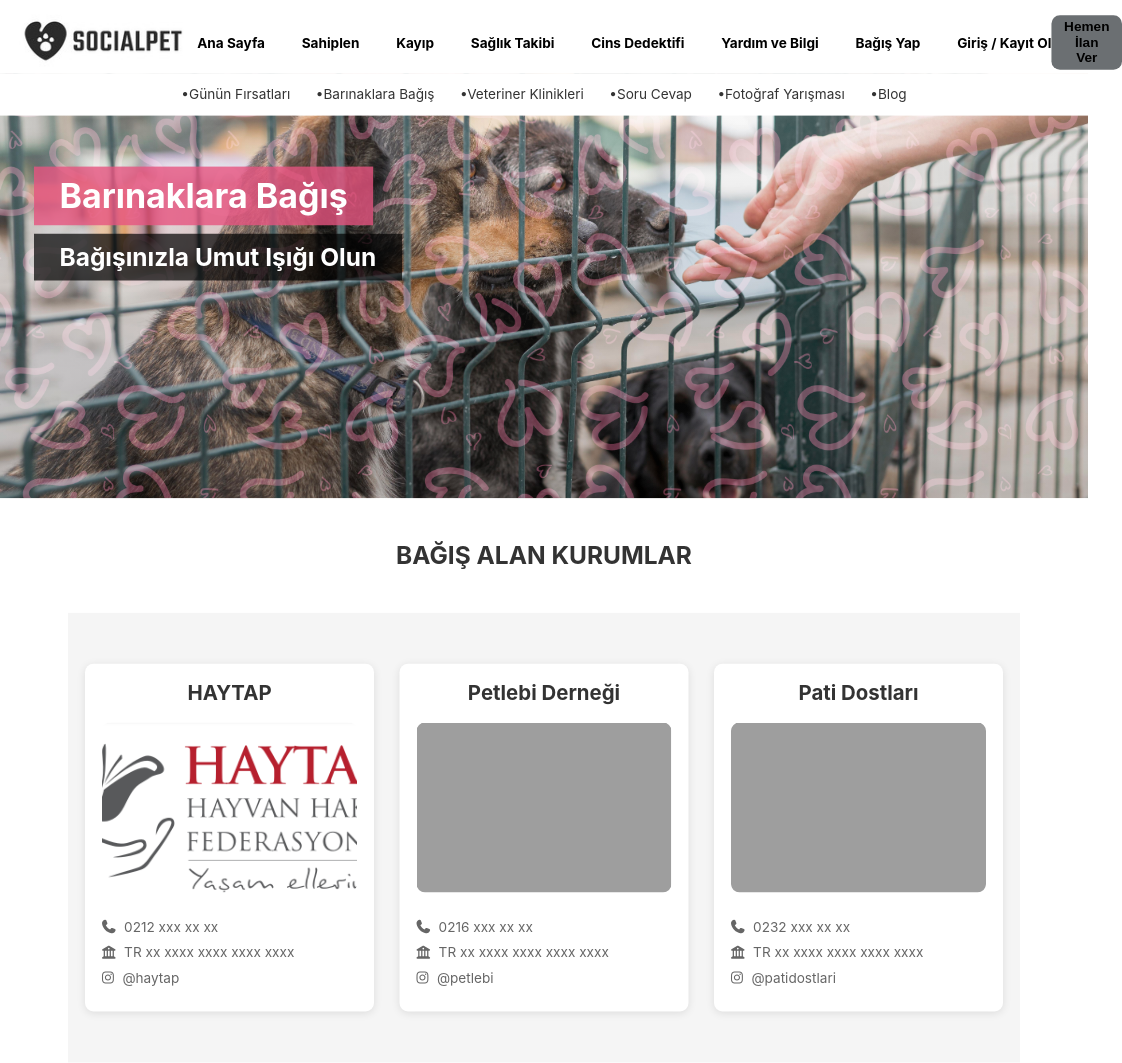
Repository: utkucaa/socialpet-frontend
Page: /donate (app in petweb/petweb/)
These files come from the project's save history. The page is drawn as it stood at one moment and after the next save; the edit follows.
The browser window is 1280 px wide. The page is 1320 px wide, so the pictures cover 1320 px, including what lies to the right of the window. The pictures show the whole page, at 85% of full size.
Pictures or frames that could not be fetched are drawn as grey boxes. The project was rebuilt for these pictures with package versions that can differ from the ones it lists, and the page was loaded fresh each time. Also part of the build but not shown: petweb/petweb/src/Components/Login/Login.jsx, petweb/petweb/src/Components/Intro/Intro.css, petweb/petweb/src/Components/Intro/Intro.jsx, petweb/petweb/src/Components/Register/Register.jsx, petweb/petweb/src/Components/Profile/ProfilePage.jsx, petweb/petweb/src/Components/Adoption/Header.css, petweb/petweb/src/Components/Adoption/Header.jsx, petweb/petweb/src/Components/Adoption/Stats.css and 31 more. Imported but missing from the stored project, and not drawn on this page: petweb/petweb/src/Components/AdoptionSteps.

Above is the page before, as saved 2025-01-09 22:16:14.

### petweb/petweb/src/App.js
import React, { useState, useEffect } from 'react';
import { BrowserRouter as Router, Routes, Route } from 'react-router-dom';
import Navbar from './Components/Navbar/Navbar';
import Login from './Components/Login/Login';
import Intro from './Components/Intro/Intro';
import Register from './Components/Register/Register';
import ProfilePage from './Components/Profile/ProfilePage';
import AdoptionPage from './Components/Adoption/AdoptionPage';
import CreatedPage from './Components/Adoption/CreatedPage';
import LostPage from './Components/Lost/LostPage';
import CreateListingPage from './Components/Lost/CreateListingPage'; // Bu satırı ekleyin
import CategoryBar from './Components/Lost/CategoryBar';
import QuestionDetail from './Components/HelpAndInfo/QuestionDetail';
import AdDetail from './Components/Adoption/AdDetail';
import Donate from './Components/Donate/Donate';

import './App.css';
import HelpAndInfo from './Components/HelpAndInfo/HelpAndInfo';

function App() {
  const [user, setUser] = useState(null);  // Kullanıcı bilgisini tutacak state

  useEffect(() => {
    // Sayfa yüklendiğinde localStorage'dan kullanıcı bilgisini al
    const storedUser = localStorage.getItem('user');
    if (storedUser) {
      setUser(JSON.parse(storedUser));
    }
  }, []);

  return (
    <Router>
      <Navbar user={user} setUser={setUser} />
      <Routes>
        <Route path="/" element={<Intro />} />
        <Route path="/login" element={<Login setUser={setUser} />} />
        <Route path="/register" element={<Register />} />
        <Route path="/adopt" element={<AdoptionPage />} />
        <Route path="/lost" element={<LostPage/>} />
        <Route path="/create-listing" element={<CreateListingPage />} />
        <Route path="/health-tracking" element={<div>Sağlık Takibi</div>} />
        <Route path="/breed-detector" element={<div>Cins Dedektifi</div>} />
        <Route path="/help-info" element={<HelpAndInfo/>} />
        <Route path="/question/:id" element={<QuestionDetail />} />
        <Route path="/donate" element={<Donate/>} />
        <Route path="/create-ad" element={<CreatedPage />} />
        <Route path="/profile" element={<ProfilePage user={user} setUser={setUser} />} />
        <Route path="/ad/:id" element={<AdDetail />} />

      </Routes>
    </Router>
  );
}

export default App;

### petweb/petweb/src/Components/Navbar/Navbar.jsx
import React from 'react';
import { Link } from 'react-router-dom';
import './Navbar.css';

const Navbar = ({ user, setUser }) => {
  const handleLogout = () => {
    setUser(null);
  };

  return (
    <div className='n-container'>
      <div className="n-left">
        <Link to="/">
          <img src="/logo.png" alt="Social Pet Logo" className="n-logo" />
        </Link>
      </div>
      <div className="n-right">
        <div className="n-list">
          <ul>
            <li><Link to="/">Ana Sayfa</Link></li>
            <li><Link to="/adopt">Sahiplen</Link></li>
            <li><Link to="/lost">Kayıp</Link></li>
            <li><Link to="/health-tracking">Sağlık Takibi</Link></li>
            <li><Link to="/breed-detector">Cins Dedektifi</Link></li>
            <li><Link to="/help-info">Yardım ve Bilgi</Link></li>
            <li><Link to="/donate">Bağış Yap</Link></li>

            {!user ? (
              <li><Link to="/login">Giriş / Kayıt Ol</Link></li>
            ) : (
              <li><Link to="/profile">Profil</Link></li>
            )}
          </ul>
        </div>
        {!user ? (
          <button className='giris-cıkıs'>
            <Link to="/create-ad">Hemen İlan Ver</Link>
          </button>
        ) : (
          <button className='giris-cıkıs cıkıs' onClick={handleLogout}>
            <Link to="/">Çıkış Yap</Link>
          </button>
        )}
      </div>
    </div>
  );
};

export default Navbar;

### petweb/petweb/src/Components/Donate/Donate.jsx
import React from 'react';
import './Donate.css';
import { FontAwesomeIcon } from '@fortawesome/react-fontawesome';
import { faPhone, faUniversity } from '@fortawesome/free-solid-svg-icons';
import { faInstagram } from '@fortawesome/free-brands-svg-icons';

const Donate = () => {
  const donationCards = [
    {
      name: "HAYTAP",
      image: "/haytap.png",
      phone: "0212 xxx xx xx",
      iban: "TR xx xxxx xxxx xxxx xxxx",
      instagram: "@haytap"
    },
    {
      name: "Petlebi Derneği",
      image: "/hayvan2.jpg",
      phone: "0216 xxx xx xx",
      iban: "TR xx xxxx xxxx xxxx xxxx",
      instagram: "@petlebi"
    },
    {
      name: "Pati Dostları",
      image: "/hayvan3.jpg",
      phone: "0232 xxx xx xx",
      iban: "TR xx xxxx xxxx xxxx xxxx",
      instagram: "@patidostlari"
    }
  ];

  return (
    <div className="main-container">
      {/* Üst Kısım - Resimli Alan */}
      <div className="hero-section">
        <nav className="nav-menu">
          <ul>
            <li>•Günün Fırsatları</li>
            <li>•Barınaklara Bağış</li>
            <li>•Veteriner Klinikleri</li>
            <li>•Soru Cevap</li>
            <li>•Fotoğraf Yarışması</li>
            <li>•Blog</li>
          </ul>
        </nav>
        <div className="hero-content">
          <div className="title-box">
            <h1>Barınaklara Bağış</h1>
          </div>
          <div className="subtitle-box">
            <h2>Bağışınızla Umut Işığı Olun</h2>
          </div>
          <div className="select-container">

          </div>
        </div>
      </div>

      {/* Alt Kısım - Bilgilendirme ve Kartlar */}
      <div className="content-section">
        <div className="info-section">
          <h2>BAĞIŞ ALAN KURUMLAR</h2>
        </div>

        <div className="donation-cards-container">
          {donationCards.map((card, index) => (
            <div key={index} className="donation-card">
              <h3 className="card-title">{card.name}</h3>
              <div className="card-image">
                <img src={card.image} alt={card.name} />
              </div>
              <div className="card-info">
                <p> <FontAwesomeIcon icon={faPhone} /> {card.phone}</p>
                <p><FontAwesomeIcon icon={faUniversity} /> {card.iban}</p>
                <p><FontAwesomeIcon icon={faInstagram} /> {card.instagram}</p>
              </div>
            </div>
          ))}
        </div>
      </div>
    </div>
  );
};

export default Donate;

### petweb/petweb/src/Components/Navbar/Navbar.css
.spline-sans-mono {
    font-family: "Spline Sans Mono", monospace;
  }

.n-container{
    height: 10vh;
    margin-top: 14px;
    display: flex;
    justify-content: space-between;
    align-items: center;
    padding: 0 2rem;
}

.n-logo {
    width: 200px;
    height: auto;
    margin-right: 10px;
    margin-left: -10px;
  }


.n-left{
    flex:1;
    align-items: center;
    display: flex;
    gap:1 rem;
}


.n-right{
    display: flex;
    flex: 5;
    align-items: center;
    justify-content: center;
    font-weight: 400;
}

.n-list{
    flex: 10;
}

.n-list a {
    text-decoration: none;
    color: black;
    font-weight: bold;
    font-size: 16px;
    transition: color 0.3s ease;
}

.n-list a:hover {
    color:  #1a237e;
}

.n-list>ul{
    display: flex;
    gap: 2.7rem;
    margin-right: 2rem;
    margin-left: -10px;
    align-items: center;
    list-style: none;
    padding: 0;
    margin: 0;
}

.n-list>ul>li {
    white-space: nowrap;
}

.giris-cıkıs {
    background-color: #6b6f72;
    color: white;
    padding: 5px 15px;
    border: none;
    border-radius: 10px;
    cursor: pointer;
    font-size: 16px;
    font-weight: bold;
    transition: background-color 0.3s ease, transform 0.2s ease;
    margin-right: -14px;
    width: auto;
}
.giris-cıkıs:hover {
    background-color: #4b5b63;
    transform: scale(1.05);
}

.giris-cıkıs a {
    text-decoration: none;
    color: black;
    font-weight: bold;
    font-size: 16px;
}

.giris-cıkıs a:hover {
    color: white;
}

### petweb/petweb/src/Components/Login/Login.css

.login-page {
    display: flex;
    height: 100vh;
  }

  .login-left {
    flex: 1;
  display: flex;
  flex-direction: column;
  justify-content: center;
  align-items: center;
  background: linear-gradient(135deg, #f0f0f0, #d9e4f5);
  padding: 20px;
  text-align: center;
  border-top-right-radius: 20px;
  border-radius: 20px;
  margin-left: 30px;
  }
  .login-logo {
    width: 400px;
    height: auto;
    border-radius: 10px;
    margin-top: 20px;
  }
  .login-left h1 {
    font-size: 36px;
    color: #333;
    margin-bottom: 5px;
    margin-top: 10px;
  }

  .login-left p {
    font-size: 18px;
    margin-top: 5px;
    color: #555;
  }

  .login-image {
    width: 70%;
    margin-top: 20px;
    border-radius: 10px;
  }

  .login-right {
    flex: 1;
    display: flex;
    justify-content: center;
    align-items: center;
    background: #fff;
  }

  .login-box {
    background: white;
    padding: 30px;
    border-radius: 8px;
    box-shadow: 0 4px 15px rgba(0, 0, 0, 0.2);
    text-align: center;
    width: 90%;
    max-width: 400px;
  }

  h2 {
    font-size: 24px;
    margin-bottom: 20px;
    color: #333;
  }

  .form-group {
    margin-bottom: 15px;
    text-align: left;
  }

  label {
    display: block;
    font-size: 14px;
    margin-bottom: 5px;
    color: #555;
  }

  input {
    width: 100%;
    padding: 10px;
    font-size: 14px;
    border-radius: 5px;
    border: 1px solid #ccc;
    outline: none;
    transition: border-color 0.3s;
  }

  input:focus {
    border-color: #5d6d7e;
  }

  .login-button {
    background-color: #5d6d7e;
    color: white;
    padding: 10px;
    width: 100%;
    border: none;
    border-radius: 5px;
    font-size: 16px;
    cursor: pointer;
    transition: background-color 0.3s;
  }

  .login-button:hover {
    background-color: #4b5b63;
  }

  .error-message {
    color: red;
    font-size: 14px;
    margin-bottom: 15px;
  }

  .redirect-message {
    margin-top: 15px;
    font-size: 14px;
  }

  .redirect-message a {
    color: #4a90e2;
    text-decoration: none;
  }

  .redirect-message a:hover {
    text-decoration: underline;
  }

### petweb/petweb/src/Components/Register/Register.css
.register-page {
    display: flex;
    height: 100vh;
  }

  .register-left {
    flex: 1;
  display: flex;
  flex-direction: column;
  justify-content: center;
  align-items: center;
  background: linear-gradient(135deg, #f0f0f0, #d9e4f5);
  padding: 20px;
  text-align: center;
  border-top-right-radius: 20px;
  border-radius: 20px;
  margin-left: 30px;
  }

  .register-logo {
    width: 400px;
    height: auto;
    border-radius: 10px;
    margin-top: 20px;
  }

  .register-left h1 {
    font-size: 36px;
    color: #333;
    margin-bottom: 5px;
    margin-top: 10px;
  }

  .register-left p {
    font-size: 18px;
    margin-top: 5px;
    color: #555;
  }

  .register-right {
    flex: 1;
    display: flex;
    justify-content: center;
    align-items: center;
    background: #fff;
  }

  .register-box {
    background: white;
  padding: 20px;
  border-radius: 20px;
  box-shadow: 0 4px 15px rgba(0, 0, 0, 0.2);
  text-align: center;
  width: 100%;
  max-width: 600px;
  }

  h2 {
    font-size: 24px;
    margin-bottom: 20px;
    color: #333;
  }

  .form-group {
    margin-bottom: 15px;
    text-align: left;
  }

  label {
    font-size: 14px;
  margin-bottom: 5px;
  color: #555;
  align-self: flex-start;
  padding-left: 112px;
  }

  input {
    width: 100%;
    max-width: 350px;
    padding: 12px;
    font-size: 14px;
    border-radius: 5px;
    border: 1px solid #ccc;
    outline: none;
    transition: border-color 0.3s;
    margin: 0 auto;
    display: block;
  }

  input:focus {
    border-color: #5d6d7e;
  }

  .register-button {
    background-color: #5d6d7e;
  color: white;
  padding: 12px;
  width: 100%;
  max-width: 350px;
  border: none;
  border-radius: 5px;
  font-size: 16px;
  cursor: pointer;
  transition: background-color 0.3s;
  margin: 20px auto;
  display: block;
  }

  .register-button:hover {
    background-color: #4b5b63;
  }

  .error-message {
    color: red;
    font-size: 14px;
    margin-bottom: 15px;
  }

  .redirect-message {
    margin-top: 15px;
    font-size: 14px;
  }

  .redirect-message a {
    color: #4a90e2;
    text-decoration: none;
  }

  .redirect-message a:hover {
    text-decoration: underline;
  }

### petweb/petweb/src/Components/Profile/ProfilePage.css
.profile-container {
  padding: 20px;
  max-width: 1200px;
  margin: 0 auto;
}

.profile-header-section {
  background: #696769;
  border-radius: 8px;
  padding: 20px;
  display: flex;
  justify-content: space-between;
  align-items: center;
  color: white;
}

.profile-avatar {
  display: flex;
  justify-content: center;
  align-items: center;
  position: relative;
  width: 120px;
  height: 120px;
}

.avatar-box {
  width: 100px;
  height: 100px;
  border-radius: 8px;
  background-color: #d9d9d9;
  overflow: hidden;
  display: flex;
  justify-content: center;
  align-items: center;
  position: relative;
  cursor: pointer;
}

.avatar-box img {
  width: 100%;
  height: 100%;
  object-fit: cover;
}

.avatar-input {
  position: absolute;
  top: 0;
  left: 0;
  width: 100%;
  height: 100%;
  opacity: 0;
  cursor: pointer;
  z-index: 2;
}

.profile-left {
  display: flex;
  align-items: center;
  gap: 20px;
}

.profile-avatar img {
  width: 120px;
  height: 120px;
  border-radius: 8px;
  background: #fff;
}

.member-tags {
  display: flex;
  gap: 10px;
  margin: 10px 0;
}

.tag {
  padding: 4px 8px;
  border-radius: 4px;
  font-size: 12px;
}

.tag.blue {
  background: #2196f3;
}

.tag.cyan {
  background: #00bcd4;
}

.stats-section {
  display: grid;
  grid-template-columns: repeat(4, 1fr);
  gap: 20px;
  margin: 20px 0;
}

.stat-card {
  padding: 15px;
  border-radius: 8px;
  color: white;
  text-align: center;
}

.stat-card.blue { background: #82bae8; }
.stat-card.green { background: #86c388; }
.stat-card.orange { background: #e7c086; }
.stat-card.cyan { background: #7bcad4; }


.content-section {
  display: flex;
  gap: 20px;
  margin-top: 20px;
}

.side-menu {
  width: 250px;
  background: #f5f5f5;
  padding: 15px;
  border-radius: 8px;
}

.side-menu ul {
  list-style: none;
  padding: 0;
}

.side-menu li {
  padding: 10px;
  margin: 5px 0;
  cursor: pointer;
  border-radius: 4px;
  transition: background-color 0.3s;
}

.side-menu li:hover {
  background: #e0e0e0;
}

.main-content {
  flex: 1;
}

.no-ads {
  background: #696767;
  color: white;
  padding: 15px;
  border-radius: 8px;
  text-align: center;
}

.profile-actions {
  display: flex;
  gap: 15px;
}

.btn-update, .btn-add {
  padding: 8px 16px;
  border: none;
  border-radius: 4px;
  cursor: pointer;
}

.btn-update {
  background: #f5f5f5;
  color: #333;

}

.btn-add {
  background: #eda03c;
  color: white;

}

.btn-logout {
  background-color: rgb(201, 197, 197);
  color: white;
  border: none;
  padding: 10px 20px;
  cursor: pointer;
  margin-top: 10px; /* İlan Ekle butonundan sonra biraz boşluk bırakır */
}

.btn-logout:hover {
  background-color: rgb(55, 54, 54);
}

### petweb/petweb/src/Components/Lost/CreateListingPage.css
.page-container {
  width: 100%;
  max-width: 1200px;
  margin: 0 auto;
  padding: 20px;
}

.baslık{
  font-size: 28px;
  margin-bottom: 29px;
}

.create-listing-container {
  display: flex;
  gap: 30px;
}

.left-section {
  flex: 7;
}

.right-section {
  flex: 3;
}

.form-group {
  margin-bottom: 20px;
}

h2, h3 {
  margin-bottom: 9px;
  color: #333;
  font-size: 18px;
}

.form-input,
.form-select,
.form-textarea {
  width: 100%;
  padding: 12px;
  border: 1px solid #ddd;
  border-radius: 4px;
  font-size: 16px;
  margin-bottom: 10px;
}

.form-textarea {
  min-height: 150px;
  resize: vertical;
}



.warning-text {
  color: #d32f2f;
  font-weight: bold;
  margin: 10px 0;
}

.note-text {
  color: #666;
  font-size: 14px;
  margin-top: 8px;
}

.map-container {
  width: 100%;
  height: 400px;
  background-color: #f5f5f5;
  border-radius: 4px;
  margin-bottom: 20px;
  display: flex;
  align-items: center;
  justify-content: center;
}

/* Sağ bölüm stilleri */
.image-upload-container {
  border: 2px dashed #ddd;
  border-radius: 4px;
  padding: 20px;
  text-align: center;
  background-color: #f9f9f9;
}

.file-input {
  display: none;
}

.file-label {
  cursor: pointer;
  display: block;
}

.upload-placeholder {
  color: #1976d2;
  font-size: 18px;
  padding: 60px 0;
}

.preview-image {
  max-width: 100%;
  max-height: 300px;
  object-fit: contain;
}

.upload-note {
  color: #666;
  font-size: 14px;
  margin-top: 10px;
}

.button-container {
  margin-top: 20px;
}

.publish-button,
.delete-button {
  width: 100%;
  padding: 12px;
  border: none;
  border-radius: 4px;
  font-size: 16px;
  cursor: pointer;
  margin-bottom: 10px;
}

.publish-button {
  background-color: #5d9d5f;
  color: white;
}

.delete-button {
  background-color: #d9473d;
  color: white;
}

.publish-button:hover,
.delete-button:hover {
  opacity: 0.9;
}

.terms-text {
  text-align: center;
  font-size: 14px;
  color: #666;
  margin-top: 15px;
}

.terms-text a {
  color: #1976d2;
  text-decoration: none;
}

### petweb/petweb/src/Components/Donate/Donate.css
.main-container {
    width: 100%;
    min-height: 100vh;
  }

  /* Üst Kısım - Hero Section */
  .hero-section {
    width: 100%;
    height: 500px;
    position: relative;
    background-image: url('/public/bagıs.jpg');
    background-size: cover;
    background-position: center;
    overflow: hidden;
  }

  /* Kalp Efekti */
  .hero-section::after {
    content: '';
    position: absolute;
    top: 0;
    left: 0;
    right: 0;
    bottom: 0;
    background-image: url('/public/heart-pattern.png');
    background-size: 800px auto;
    opacity: 0.4;
    pointer-events: none;
    animation: floatingHearts 20s linear infinite;
    mix-blend-mode: screen;
  }

  /* Gradient Overlay */
  .hero-section::before {
    content: '';
    position: absolute;
    top: 0;
    left: 0;
    right: 0;
    bottom: 0;
    background: linear-gradient(
      rgba(255, 255, 255, 0.1),
      rgba(0, 0, 0, 0.2)
    );
  }

  /* Navigasyon Menüsü */
  .nav-menu {
    background-color: white;
    padding: 15px 0;
    position: relative;
    z-index: 10;
  }

  .nav-menu ul {
    display: flex;
    justify-content: center;
    list-style: none;
    gap: 30px;
    margin: 0;
    padding: 0;
  }

  .nav-menu li {
    color: #333;
    cursor: pointer;
  }

  /* Hero İçerik */
  .hero-content {
    position: relative;
    z-index: 2;
    padding: 60px 40px;
    max-width: 1200px;
    margin: 0 auto;
  }

  .title-box {
    margin-bottom: 10px;
  }

  .title-box h1 {
    background-color: rgba(231, 84, 128, 0.8);
    color: white;
    padding: 10px 30px;
    font-size: 2.5rem;
    margin: 0;
    display: inline-block;
  }

  .subtitle-box {
    margin-bottom: 20px;
  }

  .subtitle-box h2 {
    background-color: rgba(0, 0, 0, 0.7);
    color: white;
    padding: 10px 30px;
    font-size: 1.8rem;
    margin: 0;
    display: inline-block;
  }

  .select-container select {
    padding: 12px 20px;
    font-size: 1.1rem;
    border: none;
    border-radius: 5px;
    min-width: 300px;
    cursor: pointer;
  }

  /* Alt Kısım - Content Section */
  .content-section {
    background-color: white;
    display: flex;           /* Eklendi */
  flex-direction: column;  /* Eklendi */
  align-items: center;
  }

  .info-section {
    text-align: center;
    padding: 30px 0;

  }

  .info-section h2 {
    margin: 0;
    color: #333;
    font-size: 1.8rem;
  }

  /* Bağış Kartları */
  .donation-cards-container {
    display: flex;
  justify-content: center;
  gap: 30px;
  padding: 60px 20px; /* Üst padding'i artırdık */
  flex-wrap: wrap;
  max-width: 1200px;
  margin: 0 auto;
  background-color: #f5f5f5;
  }

  .donation-card {
    background: white;
    border-radius: 10px;
    box-shadow: 0 2px 10px rgba(0, 0, 0, 0.1);
    width: 300px;
    padding: 20px;
    display: flex;
    flex-direction: column;
    align-items: center;
    transition: transform 0.3s ease;
  }

  .donation-card:hover {
    transform: translateY(-5px);
  }

  .card-title {
    color: #333;
    font-size: 1.5rem;
    margin: 0 0 20px 0;
    text-align: center;
  }

  .card-image {
    width: 100%;
    height: 200px;
    overflow: hidden;
    border-radius: 8px;
    margin-bottom: 20px;
  }

  .card-image img {
    width: 100%;
    height: 100%;
    object-fit: cover;
  }

  .card-info {
    width: 100%;
  }

  .card-info p {
    margin: 10px 0;
    color: #666;
    display: flex;
    align-items: center;
    gap: 10px;
  }

  .card-info i {
    width: 20px;
    color: #e75480;
  }

  /* Animasyon */
  @keyframes floatingHearts {
    from {
      background-position: 0 0;
    }
    to {
      background-position: 100% 100%;
    }
  }

  /* Responsive Tasarım */
  @media (max-width: 1024px) {
    .donation-cards-container {
      gap: 20px;
    }

    .donation-card {
      width: calc(50% - 40px);
    }
  }

  @media (max-width: 768px) {
    .nav-menu ul {
      flex-wrap: wrap;
      gap: 15px;
    }

    .hero-content {
      padding: 40px 20px;
    }

    .select-container select {
      min-width: 250px;
    }

    .donation-card {
      width: 100%;
      max-width: 400px;
    }
  }

  .card-image img {
    width: 300px; /* Genişlik */
    height: 200px; /* Yükseklik */
    object-fit: cover; /* Resmi kare alanda düzgün şekilde yerleştirir */
    border-radius: 10px; /* Kenarları yuvarlamak için opsiyonel */
  }

Loaded but not shown: petweb/petweb/public/index.html (common file); petweb/petweb/src/index.js (common file); petweb/petweb/src/index.css (common file); petweb/petweb/src/reportWebVitals.js (common file)

After the next save:
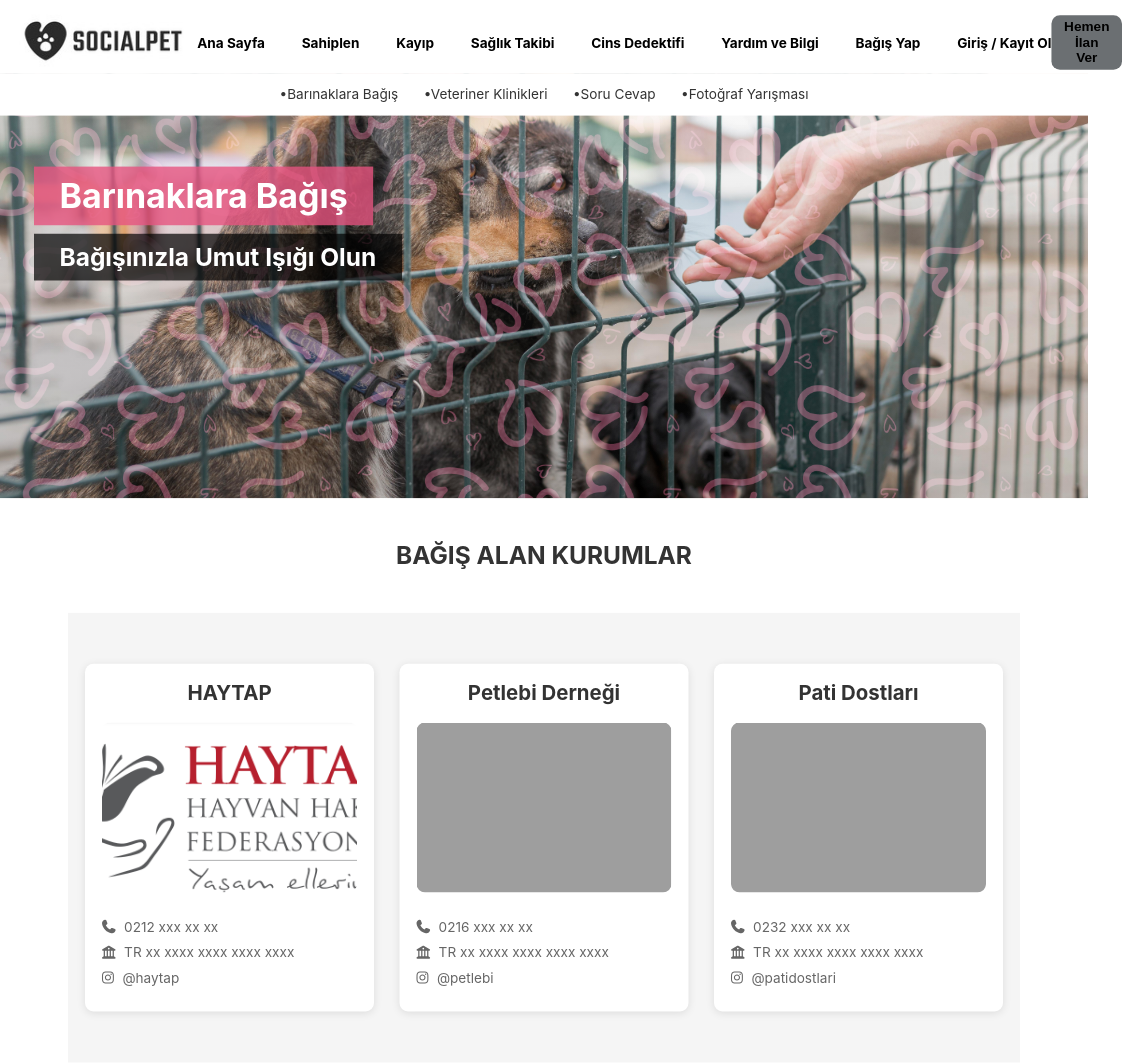
Saved 18 s later.
--- a/petweb/petweb/src/Components/Donate/Donate.jsx
+++ b/petweb/petweb/src/Components/Donate/Donate.jsx
@@ -35,12 +35,10 @@
       <div className="hero-section">
         <nav className="nav-menu">
           <ul>
-            <li>•Günün Fırsatları</li>
             <li>•Barınaklara Bağış</li>
             <li>•Veteriner Klinikleri</li>
             <li>•Soru Cevap</li>
             <li>•Fotoğraf Yarışması</li>
-            <li>•Blog</li>
           </ul>
         </nav>
         <div className="hero-content">
